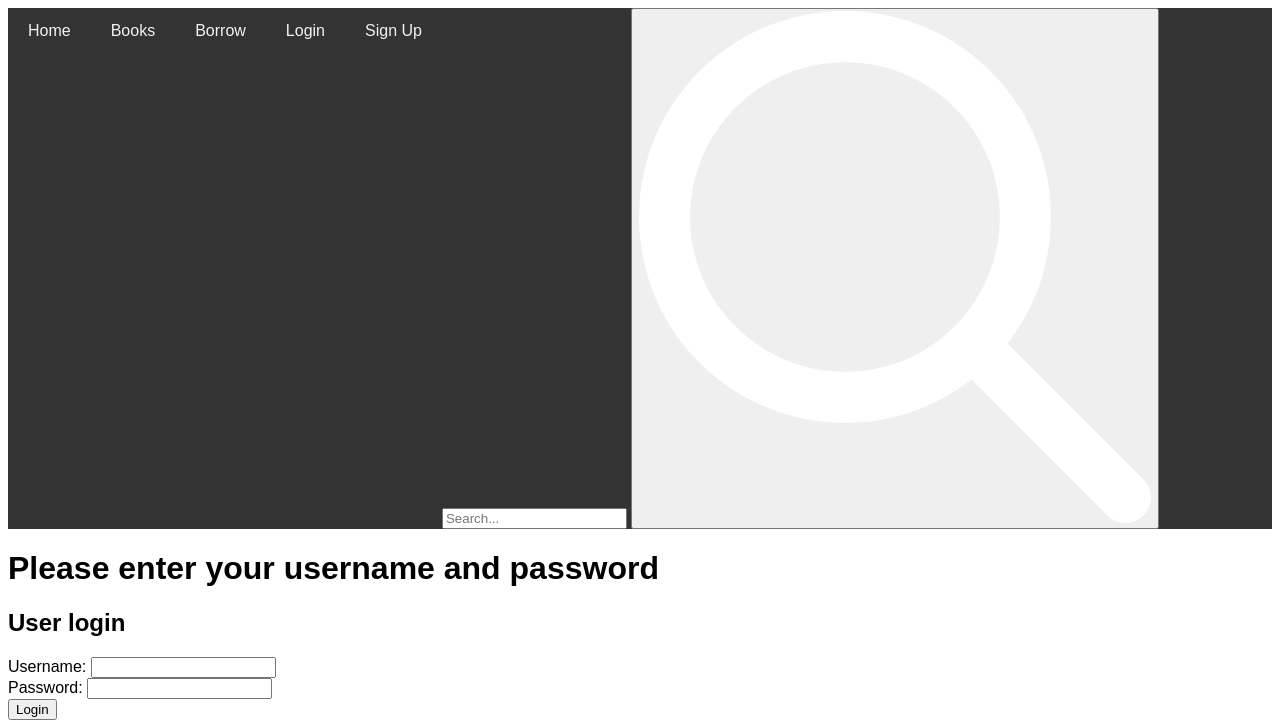
Repository: fadyesk12/Web-Technology-Course-Project
Page: auth/login.html
The author's editor kept a copy of each file at every save. The page is drawn from the files as they stood at one save, then again after a run of saves.
The browser window is 1280 px wide. The pictures show the whole page.

Above is the page before, as saved 2024-04-19 02:45:55.

### auth/login.html
<!DOCTYPE html>
<html>
    <head>
        <title>User login</title>
        <style>
          #navbar {
            overflow: hidden;
            background-color: #333;
          }
          #navbar a {
            float: left;
            display: block;
            color: #f2f2f2;
            text-align: center;
            padding: 14px 20px;
            text-decoration: none;
          }
          #navbar a:hover {
            background-color: #ddd;
            color: black;
          }
          body {
           font-family: Arial, sans-serif;
          }
        </style>
    </head>
    <body>
          <div id="navbar">
            <a href="../index.html">Home</a>
            <a href="../book_list.html">Books</a>
            <a href="../borrow.html">Borrow</a>
            <a href="../auth/login.html">Login</a>
            <a href="../auth/signup.html">Sign Up</a>
            <div class ="search">
              <form action="" method="get">
                <input type="text" placeholder="Search...">
                <button type="submit"><img src="../PICS/search.png"></button>
              </form>
            </div>
          </div>

          <div class="container">
            <h1>Please enter your username and password</h1>
            <h2>User login</h2>

          <form>
            <div class="form-group">
              <label for="username">Username:</label>
              <input type="text" id = "username" name = "username" required>
            </div>
            <div>
              <label for="password">Password:</label>
              <input type="password" id = "password" name = "password" required>
            </div>

            <input type="submit" value="Login">

          </form>
          </div>

    </body>

</html>

After the next 3 saves:
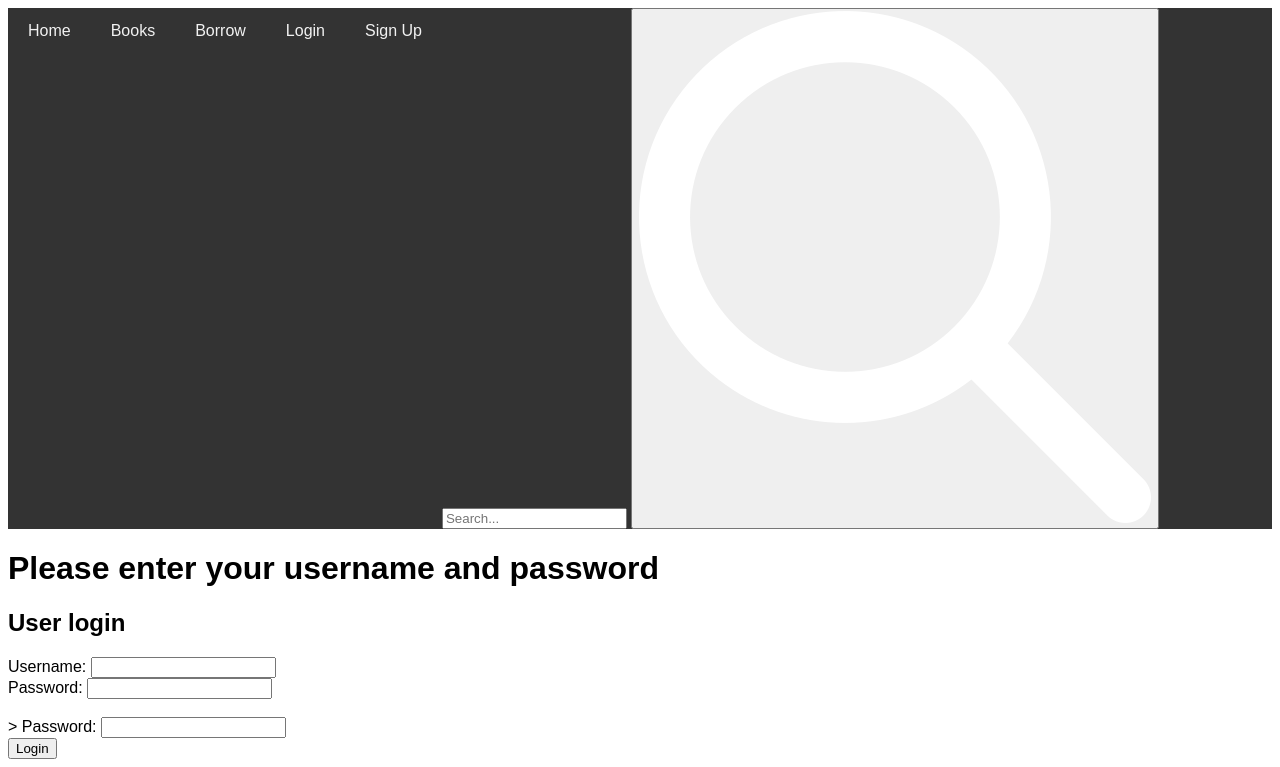
The 3 saves are shown as one change because they came seconds apart.
The last was saved 30 s later.
--- a/auth/login.html
+++ b/auth/login.html
@@ -48,7 +48,8 @@
               <label for="username">Username:</label>
               <input type="text" id = "username" name = "username" required>
             </div>
-            <div>
+            <div <label for="password">Password:</label>
+            <input type="password" id = "password" name = "password" required> <br><br>>
               <label for="password">Password:</label>
               <input type="password" id = "password" name = "password" required>
             </div>

After the save that followed:
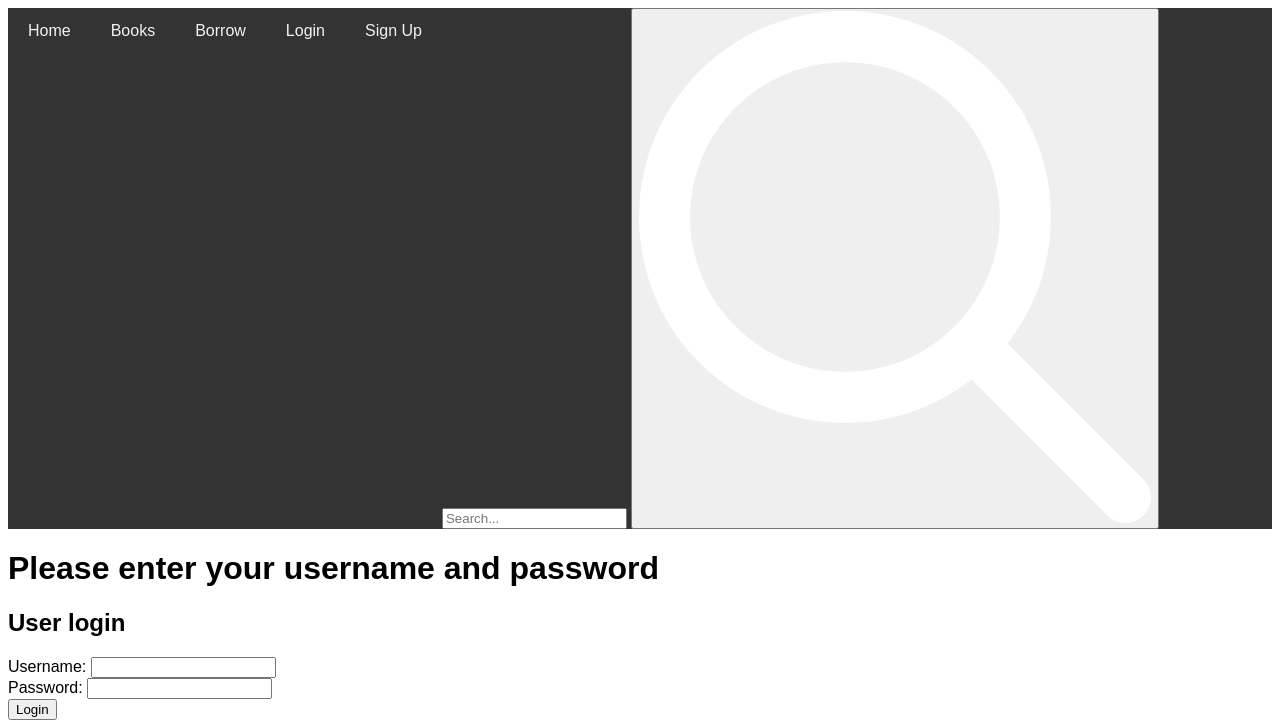
Saved 7 s later.
--- a/auth/login.html
+++ b/auth/login.html
@@ -48,8 +48,7 @@
               <label for="username">Username:</label>
               <input type="text" id = "username" name = "username" required>
             </div>
-            <div <label for="password">Password:</label>
-            <input type="password" id = "password" name = "password" required> <br><br>>
+            <div >
               <label for="password">Password:</label>
               <input type="password" id = "password" name = "password" required>
             </div>
